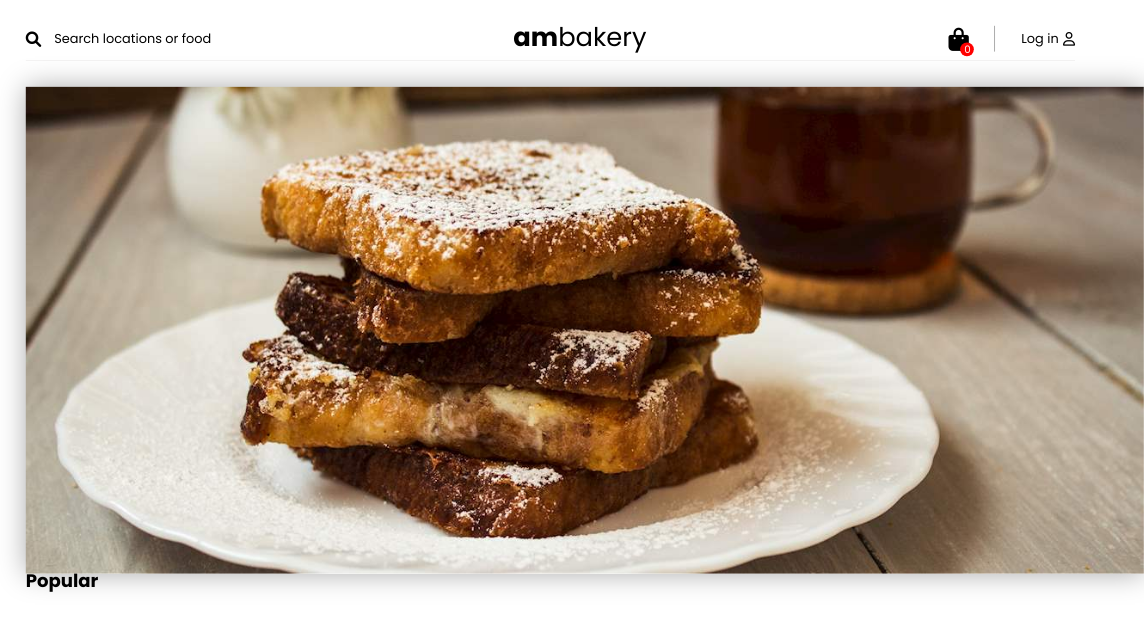
Repository: ntsanq/AmBakery
Page: khachhang/index.html
The author's editor kept a copy of each file at every save. The page is drawn from the files as they stood at one save, then again after the next save.
The browser window is 1280 px wide. The page is 1330 px wide, so the pictures cover 1330 px, including what lies to the right of the window. The pictures show the whole page, at 86% of full size.

Above is the page before, as saved 2021-12-11 14:40:47.

### khachhang/index.html
<!DOCTYPE html>
<html lang="en">
<head>
  <meta charset="UTF-8">
  <meta http-equiv="X-UA-Compatible" content="IE=edge">
  <meta name="viewport" content="width=device-width, initial-scale=1.0">
  <title>Document</title>
  <!-- GOOGLE FONT  -->
  <link href="https://fonts.googleapis.com/css2?family=Poppins:wght@300;400;500;600;700&family=Roboto:wght@500&display=swap0" rel="stylesheet">
    <!-- FONTAWESOME  -->
    <link rel="stylesheet" href="https://cdnjs.cloudflare.com/ajax/libs/font-awesome/6.0.0-beta3/css/all.min.css" integrity="sha512-Fo3rlrZj/k7ujTnHg4CGR2D7kSs0v4LLanw2qksYuRlEzO+tcaEPQogQ0KaoGN26/zrn20ImR1DfuLWnOo7aBA==" crossorigin="anonymous" referrerpolicy="no-referrer" />
  <link rel="stylesheet" href="./css/style.css">
</head>
<body>
  <header>
    <div class="header__left">
      <button class="btn header__search__btn">
        <i class="fas fa-search"></i>
      </button>
      <span>Search locations or food</span>
    </div>
    <div class="header__middle">
      <a href="#" class="header__logo">
        <!-- <img src="img/ta-logo-tamni.png" alt="TasteAtlas">         -->
        <span><b>am</b>bakery</span>
      </a>
    </div>

    <div class="header__right">

      <!-- <a href="#" class="btn header__submit">
        <span>submit info or photo</span>
      </a> -->
      <div class="header__cart">
        <i class="fas fa-shopping-bag"></i>
        <span>0</span>
      </div>
      <div class="vertical-line"></div>
      <a href="#" class="header__login">
        <span>Log in</span>
        <i class="far fa-user"></i>
      </a>


    </div>
    </header>

    <div class="container">
      <div class="banner">
          <img src="img/banner-1.jpg" alt="Pain perdu">
      </div>
      <main>
        <div class="product">
          <h2 class="product__heading"> Popular</h2>
          <div class="product_category">
            <div class="product__card">
              <div class="product__card--body">

              </div>
            </div>
          </div>
        </div>
      </main>
    </div>
</body>
</html>

### khachhang/css/style.css
* {
  margin: 0;
  padding: 0;
}

*,
*::before,
*::after {
  box-sizing: inherit;
}

html {
  box-sizing: border-box;
  font-size: 62.5%;
}


body {
  font-family: "Poppins", sans-serif;
  font-weight: 400;
  line-height: 1.6rem;
  font-size: 1.4rem;
  margin: 3rem;
  position: relative;
}

header{
  width: 100%;
  font-family: inherit;
  display: flex;
  justify-content: space-between;
  align-items: center;
  font-size: 1.5rem;
  padding-bottom: 1rem;
  border-bottom: 1px solid rgba(221, 218, 218, 0.445);
}
a{
  text-decoration: none;
  color: black;
}
.vertical-line{
  width: 1px; /* Line width */
  background-color: rgba(0, 0, 0, 0.377); /* Line color */
  height: 3rem;
}
/* HEADER */
.btn{
  border: none;
  background-color: transparent;
}
.header__left{
  display: flex;
  justify-content: center;
  align-items: center;
  gap: 0 1.5rem;
}
.fa-search{
  font-size: 1.8rem;

}
.header__logo span{
  font-size: 3rem;
}
/* .header__logo img{
  width: 12.8rem;
  height: 2.8rem;
} */
.header__submit{
  border: 1px solid rgba(204, 204, 204, 0.555);
  padding: 1rem 2rem;
}
.header__right{
  display: flex;
  justify-content: center;
  align-items: center;
  gap: 0 3rem;
}
/* .header__submit span{
  text-transform: uppercase;
  font-family: "Roboto",sans-serif;
  font-weight: 500;
  display: inline-block;
  vertical-align: center;
} */
.header__login{
  display: flex;
  justify-content: center;
  align-items: center;
  gap: 0 0.5rem;
}
.fa-user{
  font-size: 1.6rem;
}
.header__cart{
  position: relative;
}
.header__cart span{
  font-size: 1.2rem;
  position: absolute;
  right: 0;
  bottom: 0;
  transform: translate(40%,40%);
  z-index: 100000;
  width: 1.6rem;
  height: 1.6rem;
  border-radius: 100rem;
  background-color: red;
  color: #fff;
  display: flex;
  justify-content: center;
  align-items: center;
}
.fa-shopping-bag{
  font-size: 2.7rem;
}

/* ///////////////////////////////////////////////
////////////////////// BANNER */
.container{
  width: 130rem;
  margin: 3rem auto;

}
.banner{
  display: flex;
  justify-content: center;
  align-items: center;
}
.banner img{
  box-shadow: 0rem 0rem 3rem 0rem  rgba(0, 0, 0, 0.336)
}

After the next save:
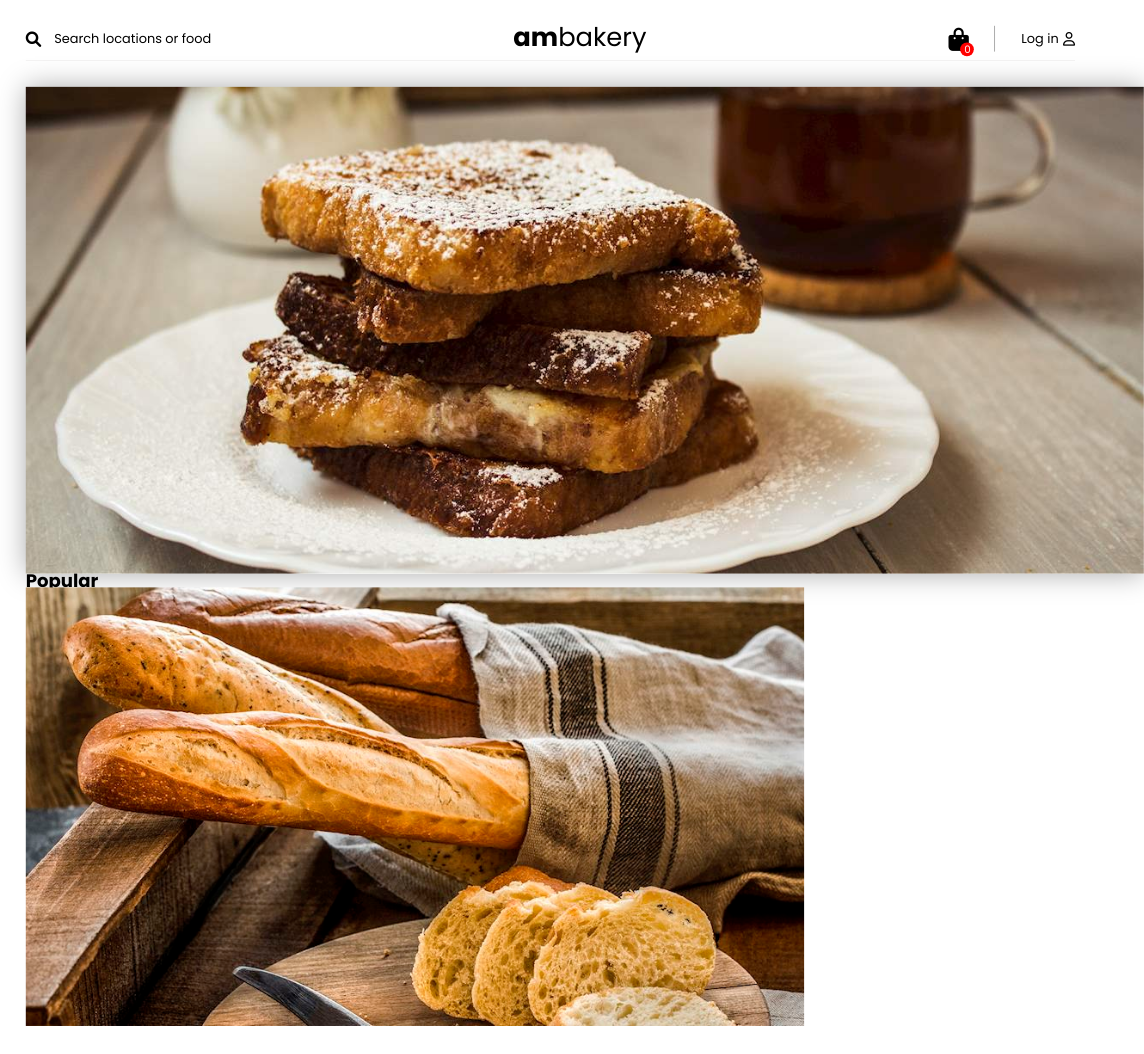
Saved 69 s later.
--- a/khachhang/index.html
+++ b/khachhang/index.html
@@ -55,7 +55,11 @@
           <div class="product_category">
             <div class="product__card">
               <div class="product__card--body">
-
+                <div class="product__photo">
+                  <a href="#">
+                    <img src="img/product-1.jpg" alt="">
+                  </a>
+                </div>
               </div>
             </div>
           </div>
